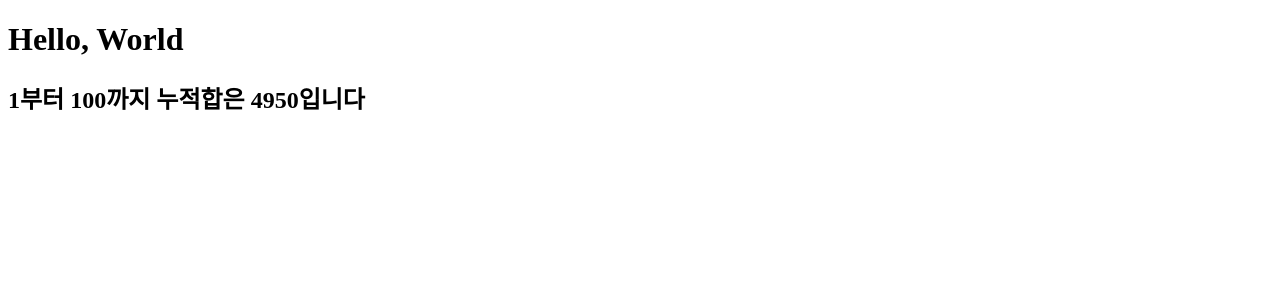
Repository: YERIN0531/SEOYERIN_WEBPRO
Page: http://localhost/ch02_semiJSP/ex1_hello.jsp
The author's editor kept a copy of each file at every save. The page is drawn from the files as they stood at one save, then again after the next save.
The browser window is 1280 px wide. The pictures show the whole page.
The page is served by Tomcat 9.

Above is the page before, as saved 2022-05-19 05:17:57.

### gitSource/06_jsp/ch02_semiJSP/WebContent/ex1_hello.jsp
<%@ page language="java" contentType="text/html; charset=UTF-8"
    pageEncoding="UTF-8"%>
<!DOCTYPE html>
<html>
<head>
	<meta charset="UTF-8">
	<title>Insert title here</title>
</head>
<body>
	<h1>Hello, World</h1>

	<%
	int total = 0;
	for(int i = 1; i<100; i++){
		total += i;
	}
	%>
	<h2>1부터 100까지 누적합은 <%=total%>입니다</h2>
</body>
</html>

After the next save:
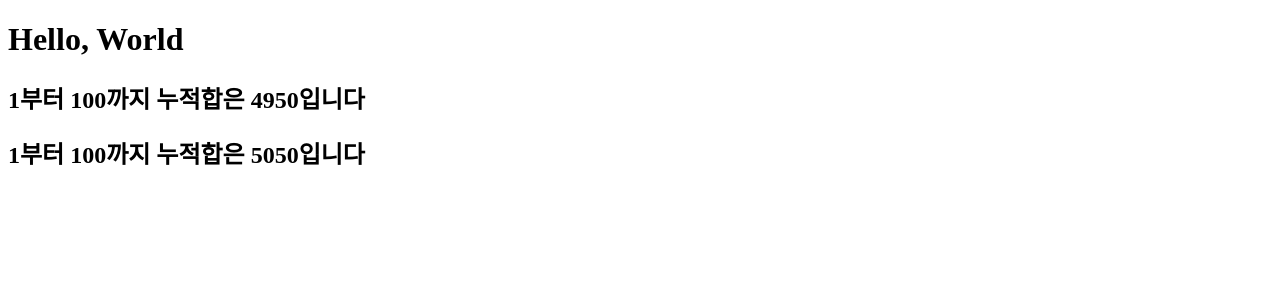
Saved 81 s later.
--- a/gitSource/06_jsp/ch02_semiJSP/WebContent/ex1_hello.jsp
+++ b/gitSource/06_jsp/ch02_semiJSP/WebContent/ex1_hello.jsp
@@ -16,5 +16,6 @@
 	}
 	%>
 	<h2>1부터 100까지 누적합은 <%=total%>입니다</h2>
+	<h2>1부터 100까지 누적합은 5050입니다</h2>
 </body>
 </html>
